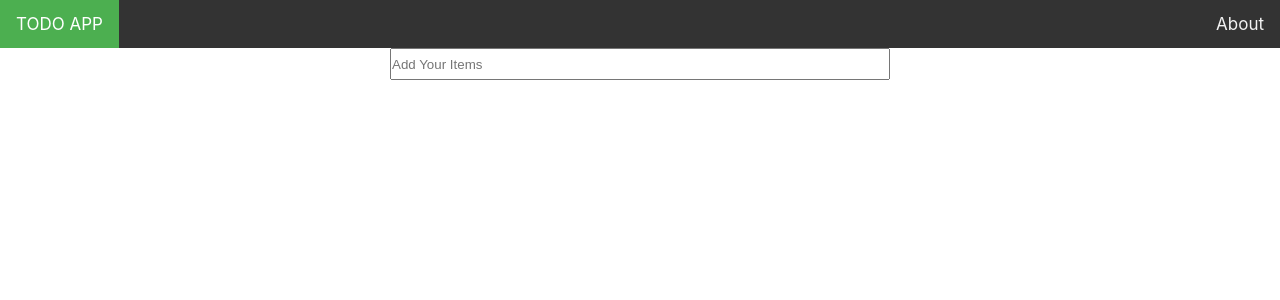
Repository: hoangphuong965/myTodoList
Page: /
The author's editor kept a copy of each file at every save. The page is drawn from the files as they stood at one save, then again after a run of saves.
The browser window is 1280 px wide. The pictures show the whole page.
The project was rebuilt for these pictures with package versions that can differ from the ones it lists, and the page was loaded fresh each time.

Above is the page before, as saved 2020-06-01 09:38:01.

### src/App.js
import React, { Component } from "react";
import Navbar from "./components/Navbar/Navbar";
import TodoInput from "./components/TodoInput";
import "./components/todo.css";

export default class App extends Component {
  render() {
    return (
      <div>
        <Navbar />
        <div className="container">
          <TodoInput />
        </div>
      </div>
    );
  }
}

### src/components/Navbar/Navbar.js
import React, { Component } from "react";
import "./navbar.css";

export default class Navbar extends Component {
  render() {
    return (
      <div className="topnav">
        <a className="active" href="#home">
          TODO APP
        </a>
        <a href="#about">About</a>
      </div>
    );
  }
}

### src/components/TodoInput.js
import React, { Component } from "react";

export default class TodoInput extends Component {
  render() {
    return (
      <div className="input">
        <form className="form">
            <input type="text" className="input" placeholder="Add Your Items" />
        </form>
      </div>
    );
  }
}

### src/components/todo.css
*{
    margin: 0;
    padding: 0;
    box-sizing: border-box;
}

.container{
    margin: 0 auto;
    width: 500px;
}

.input{
    width: 500px;
    height: 2rem;
}

### src/components/Navbar/navbar.css
/* Add a black background color to the top navigation */
.topnav {
    background-color: #333;
    overflow: hidden;
    display: flex;
    justify-content: space-between;
  }

  /* Style the links inside the navigation bar */
  .topnav a {
    color: #f2f2f2;
    text-align: center;
    padding: 14px 16px;
    text-decoration: none;
    font-size: 17px;
    transition: all 0.3s linear;
  }

  /* Change the color of links on hover */
  .topnav a:hover {
    background-color: #ddd;
    color: black;
  }

  /* Add a color to the active/current link */
  .topnav a.active {
    background-color: #4CAF50;
    color: white;
  }

Loaded but not shown: public/index.html (common file); src/index.js (common file); src/index.css (common file); src/serviceWorker.js (common file)

After the next 3 saves:
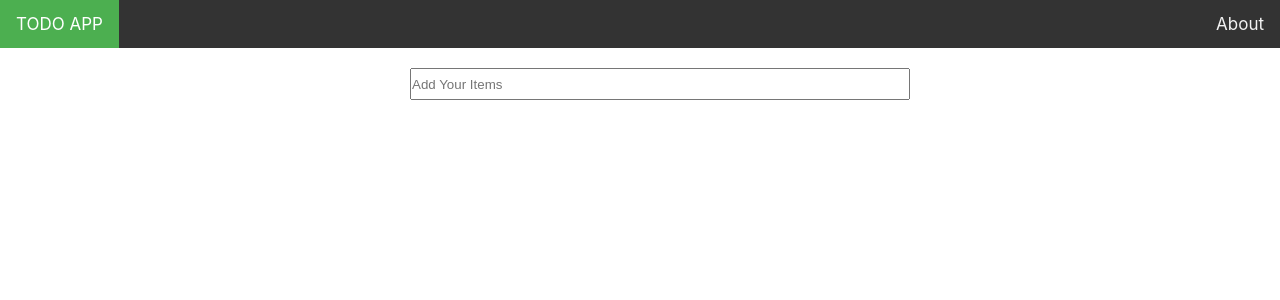
The 3 saves are shown as one change because they came seconds apart.
The last was saved 9 s later.
--- a/src/components/todo.css
+++ b/src/components/todo.css
@@ -12,4 +12,5 @@
 .input{
     width: 500px;
     height: 2rem;
+    margin: 10px;
 }
